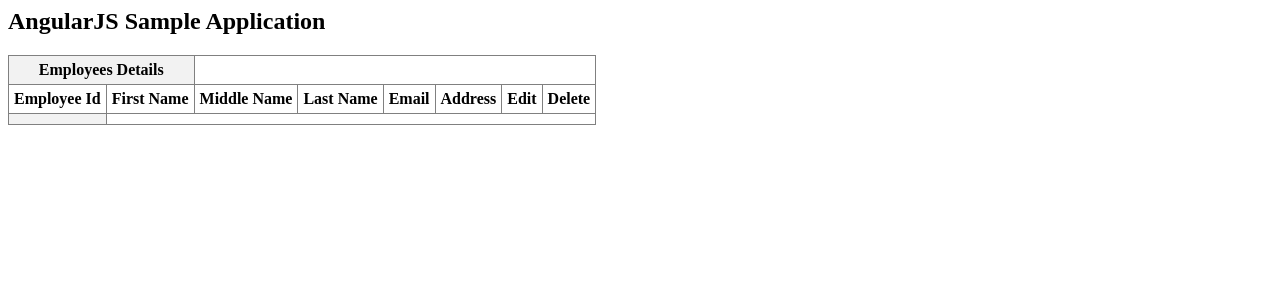
Repository: srjainapur/CRUD_Operation_With_Angular_Springboot
Page: angular-spring-demo/src/main/resources/static/get_employee.html
An editor plug-in stored every save of this project. The page is shown before and after the next save, followed by the edit.
The browser window is 1280 px wide. The pictures show the whole page.
Some web libraries are served in a nearby version.

Above is the page before, as saved 2020-06-25 10:49:02.
Console error (its wording comes from the project's code and is left out).

### angular-spring-demo/src/main/resources/static/get_employee.html
<html>
	<head>
      <title>Angular JS Table</title>
      <script src = "https://ajax.googleapis.com/ajax/libs/angularjs/1.3.14/angular.min.js"></script>

	  <style>
		table, th, td {
			border : 1px solid grey;
			border-collapse : collapse;
			padding:5px;
		}

		table tr:nth-child(odd) {
			background-color:#f2f2f2;
		}

		table  tr:nth-child(even) {
			background-color:#ffffff;
		}
	  </style>
    </head>

	<body>
		<h2>AngularJS Sample Application</h2>
	  	<div ng-app="mainApp" ng-controller="employeeController">
	  		<table>
	  			<tr>
	  				<th colspan="2">Employees Details</th>
	  			</tr>
	  			<tr>
	  				<th>Employee Id</th>
	  				<th>First Name</th>
	  				<th>Middle Name</th>
	  				<th>Last Name</th>
	  				<th>Email</th>
	  				<th>Address</th>
	  				<th>Edit</th>
	  				<th>Delete</th>
	  			</tr>
	  			<tr ng-repeat="employee in employees">
	  				<td></td>
	  			</tr>
	  		</table>
	  	</div>
	</body>
</html>

After the next save:
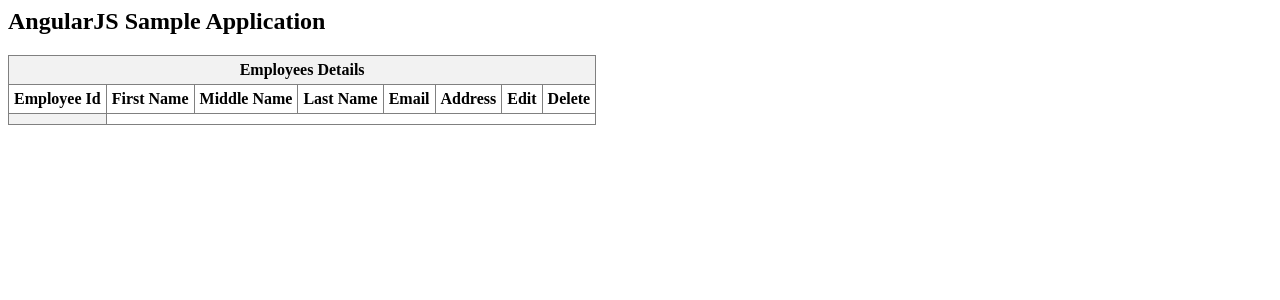
Saved 12 s later.
--- a/angular-spring-demo/src/main/resources/static/get_employee.html
+++ b/angular-spring-demo/src/main/resources/static/get_employee.html
@@ -25,7 +25,7 @@
 	  	<div ng-app="mainApp" ng-controller="employeeController">
 	  		<table>
 	  			<tr>
-	  				<th colspan="2">Employees Details</th>
+	  				<th colspan="8">Employees Details</th>
 	  			</tr>
 	  			<tr>
 	  				<th>Employee Id</th>
